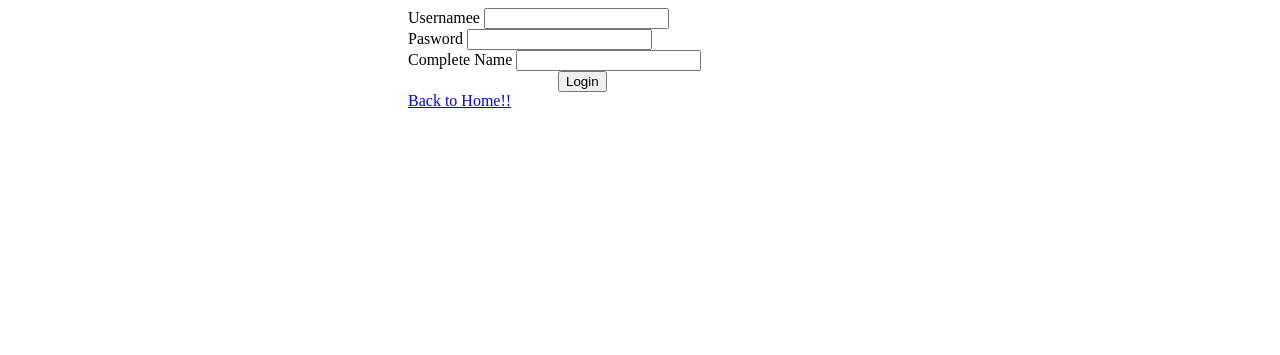
Repository: manit4/cris_batch2
Page: http://localhost/jsp_security/views/registrationPage.jsp
An editor plug-in stored every save of this project. The page is shown before and after the next save, followed by the edit.
The browser window is 1280 px wide. The pictures show the whole page.
The page is served by Tomcat 9. Other server files are loaded and not shown.

Above is the page before, as saved 2024-03-01 05:13:39.

### jsp_security/src/main/webapp/views/registrationPage.jsp
<%@ page language="java" contentType="text/html; charset=ISO-8859-1"
    pageEncoding="ISO-8859-1"%>
<!DOCTYPE html>
<html>
<head>
<meta charset="ISO-8859-1">
<title>Insert title here</title>
</head>
<body>
<div style="margin-left: 400px; margin-right: 500px">
	<div class="mb-3">
		<label class="form-label">Usernamee
			</label> <input type="text" class="form-control">
	</div>
	<div class="mb-3">
		<label class="form-label">Pasword
			</label> <input type="password" class="form-control">
	</div>
	<div class="mb-3">
		<label class="form-label">Complete Name
			</label> <input type="text" class="form-control">
	</div>
	<button style="margin-left: 150px" type="button" class="btn btn-primary">Login</button>
	<br>
	<a href="/">Back to Home!!</a>
	</div>
</body>
</html>

After the next save:
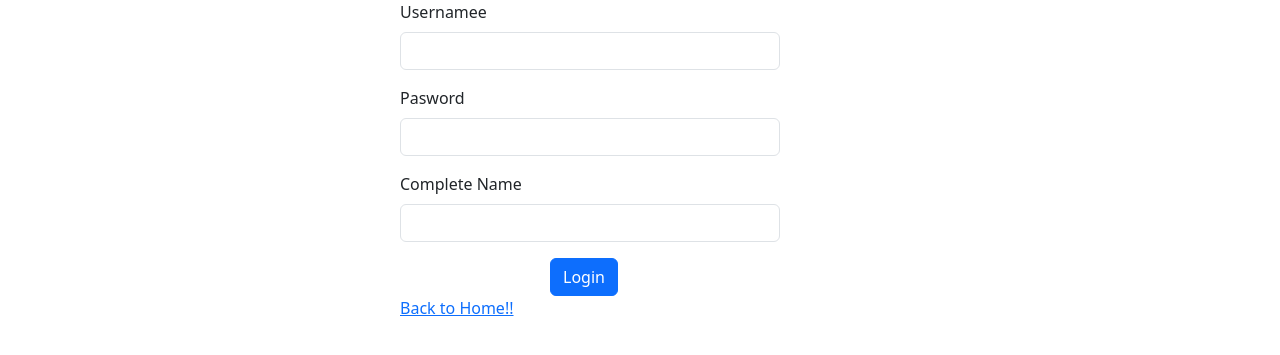
Saved 40 s later.
--- a/jsp_security/src/main/webapp/views/registrationPage.jsp
+++ b/jsp_security/src/main/webapp/views/registrationPage.jsp
@@ -5,6 +5,11 @@
 <head>
 <meta charset="ISO-8859-1">
 <title>Insert title here</title>
+<link
+	href="https://cdn.jsdelivr.net/npm/bootstrap@5.3.3/dist/css/bootstrap.min.css"
+	rel="stylesheet"
+	integrity="sha384-QWTKZyjpPEjISv5WaRU9OFeRpok6YctnYmDr5pNlyT2bRjXh0JMhjY6hW+ALEwIH"
+	crossorigin="anonymous">
 </head>
 <body>
 <div style="margin-left: 400px; margin-right: 500px">
